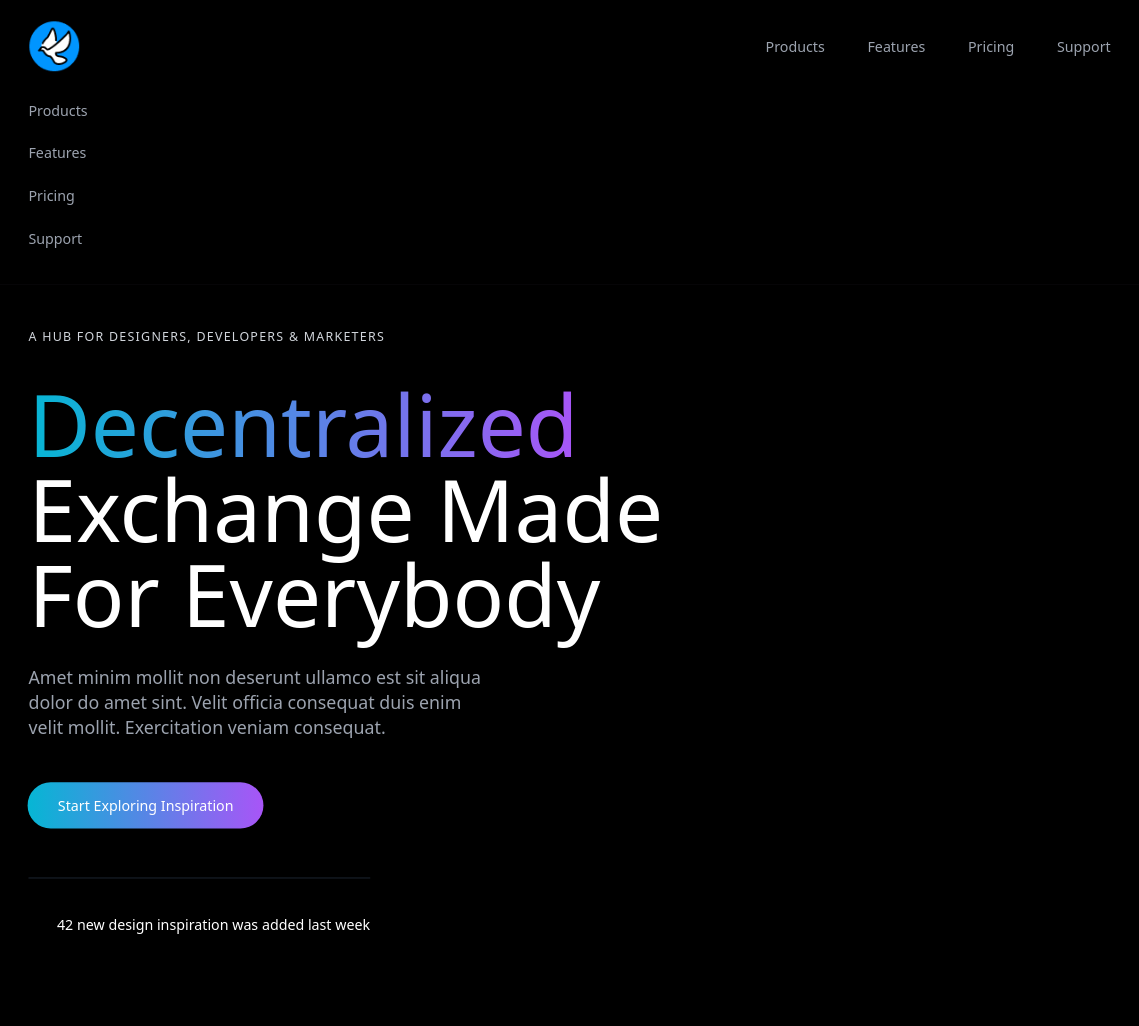
Repository: Ahmed-Gelle/defi-app
Page: / (app in client/)
These files come from the project's save history. The page is drawn as it stood at one moment and after the next save; the edit follows.
The browser window is 1280 px wide. The pictures show the whole page, at 89% of full size.
The project was rebuilt for these pictures with package versions that can differ from the ones it lists, and the page was loaded fresh each time. The framework's server and built-in components were replaced by stand-ins that run in the browser. Also part of the build but not shown: client/next.config.js.

Above is the page before, as saved 2022-11-29 13:34:22.

### client/pages/index.tsx
import type { NextPage } from 'next'
import Header from '../components/Header'
import Hero from '../components/Hero'

const styles ={
  wrapper: 'h-screen max-h-screen h-min-screen w-screen bg-[#2D242F] text-white select-none flex flex-col justify-between'
}
const Home: NextPage = () => {
  return (
    <div className={styles.wrapper}>
      {/* <Header/> */}
      <Hero/>
    </div>
  )
}

export default Home

### client/components/Hero/index.tsx
import React from 'react';
import {BsArrowRightCircle} from 'react-icons/bs'
import logo from '../../assets/logo.png'
import Image from 'next/image'

export default function Hero() {
    return (
<div>
    <header class="py-4 bg-black sm:py-6" x-data="{expanded: false}">
        <div class="px-4 mx-auto max-w-7xl sm:px-6 lg:px-8">
            <div class="flex items-center justify-between">
                <div class="shrink-0">
                    <a href="#" title="" class="flex">
                        <Image src={logo}/>
                    </a>
                </div>

                <div class="flex md:hidden">
                    <button type="button" class="text-white">
                        <span x-show="!expanded" aria-hidden="true">
                            <svg class="w-7 h-7" xmlns="http://www.w3.org/2000/svg" fill="none" viewBox="0 0 24 24" stroke="currentColor">
                                <path stroke-linecap="round" stroke-linejoin="round" stroke-width="1.5" d="M4 6h16M4 12h16M4 18h16" />
                            </svg>
                        </span>

                        <span x-show="expanded" aria-hidden="true">
                            <svg class="w-7 h-7" xmlns="http://www.w3.org/2000/svg" fill="none" viewBox="0 0 24 24" stroke="currentColor">
                                <path stroke-linecap="round" stroke-linejoin="round" stroke-width="2" d="M6 18L18 6M6 6l12 12" />
                            </svg>
                        </span>
                    </button>
                </div>

                <nav class="hidden md:flex md:items-center md:justify-end md:space-x-12">
                    <a href="#" title="" class="text-base font-normal text-gray-400 transition-all duration-200 hover:text-white"> Products </a>

                    <a href="#" title="" class="text-base font-normal text-gray-400 transition-all duration-200 hover:text-white"> Features </a>

                    <a href="#" title="" class="text-base font-normal text-gray-400 transition-all duration-200 hover:text-white"> Pricing </a>

                    <a href="#" title="" class="text-base font-normal text-gray-400 transition-all duration-200 hover:text-white"> Support </a>
                </nav>
            </div>

            <nav x-show="expanded" x-collapse>
                <div class="flex flex-col pt-8 pb-4 space-y-6">
                    <a href="#" title="" class="text-base font-normal text-gray-400 transition-all duration-200 hover:text-white"> Products </a>

                    <a href="#" title="" class="text-base font-normal text-gray-400 transition-all duration-200 hover:text-white"> Features </a>

                    <a href="#" title="" class="text-base font-normal text-gray-400 transition-all duration-200 hover:text-white"> Pricing </a>

                    <a href="#" title="" class="text-base font-normal text-gray-400 transition-all duration-200 hover:text-white"> Support </a>
                </div>
            </nav>
        </div>
    </header>

    <section class="py-12 bg-black sm:pb-16 lg:pb-20 xl:pb-24">
        <div class="px-4 mx-auto sm:px-6 lg:px-8 max-w-7xl">
            <div class="relative">
                <div class="lg:w-2/3">
                    <p class="text-sm font-normal tracking-widest text-gray-300 uppercase">A Hub for Designers, Developers & Marketers</p>
                    <h1 class="mt-6 text-4xl font-normal text-white sm:mt-10 sm:text-5xl lg:text-6xl xl:text-8xl"><span class="text-transparent bg-clip-text bg-gradient-to-r from-cyan-500 to-purple-500">Decentralized</span> Exchange Made For Everybody
</h1>
                    <p class="max-w-lg mt-4 text-xl font-normal text-gray-400 sm:mt-8">Amet minim mollit non deserunt ullamco est sit aliqua dolor do amet sint. Velit officia consequat duis enim velit mollit. Exercitation veniam consequat.</p>
                    <div class="relative inline-flex items-center justify-center mt-8 sm:mt-12 group">
                        <div class="absolute transition-all duration-200 rounded-full -inset-px bg-gradient-to-r from-cyan-500 to-purple-500 group-hover:shadow-lg group-hover:shadow-cyan-500/50"></div>
                        <a href="#" title="" class="relative inline-flex items-center justify-center px-8 py-3 text-base font-normal text-white bg-blue border border-transparent rounded-full" role="button"> Start Exploring Inspiration </a>
                    </div>

                    <div>
                        <div class="inline-flex items-center pt-6 mt-8 border-t border-gray-800 sm:pt-10 sm:mt-14">
                            <svg class="w-6 h-6" viewBox="0 0 24 24" fill="none" stroke-width="1.5" xmlns="http://www.w3.org/2000/svg">
                                <path d="M13 7.00003H21M21 7.00003V15M21 7.00003L13 15L9 11L3 17" stroke="url(#a)" stroke-linecap="round" stroke-linejoin="round" />

                            </svg>

                            <span class="ml-2 text-base font-normal text-white"> 42 new design inspiration was added last week </span>
                        </div>
                    </div>
                </div>

                <div class="mt-8 md:absolute md:mt-0 md:top-32 lg:top-0 md:right-0">
                    <img class="w-full max-w-xs mx-auto lg:max-w-lg xl:max-w-xl" src="" alt="" />
                </div>
            </div>
        </div>
    </section>
</div>
    )
}

Loaded but not shown: client/pages/_app.tsx (common file); client/styles/globals.css (common file); client/tailwind.config.js (common file)

After the next save:
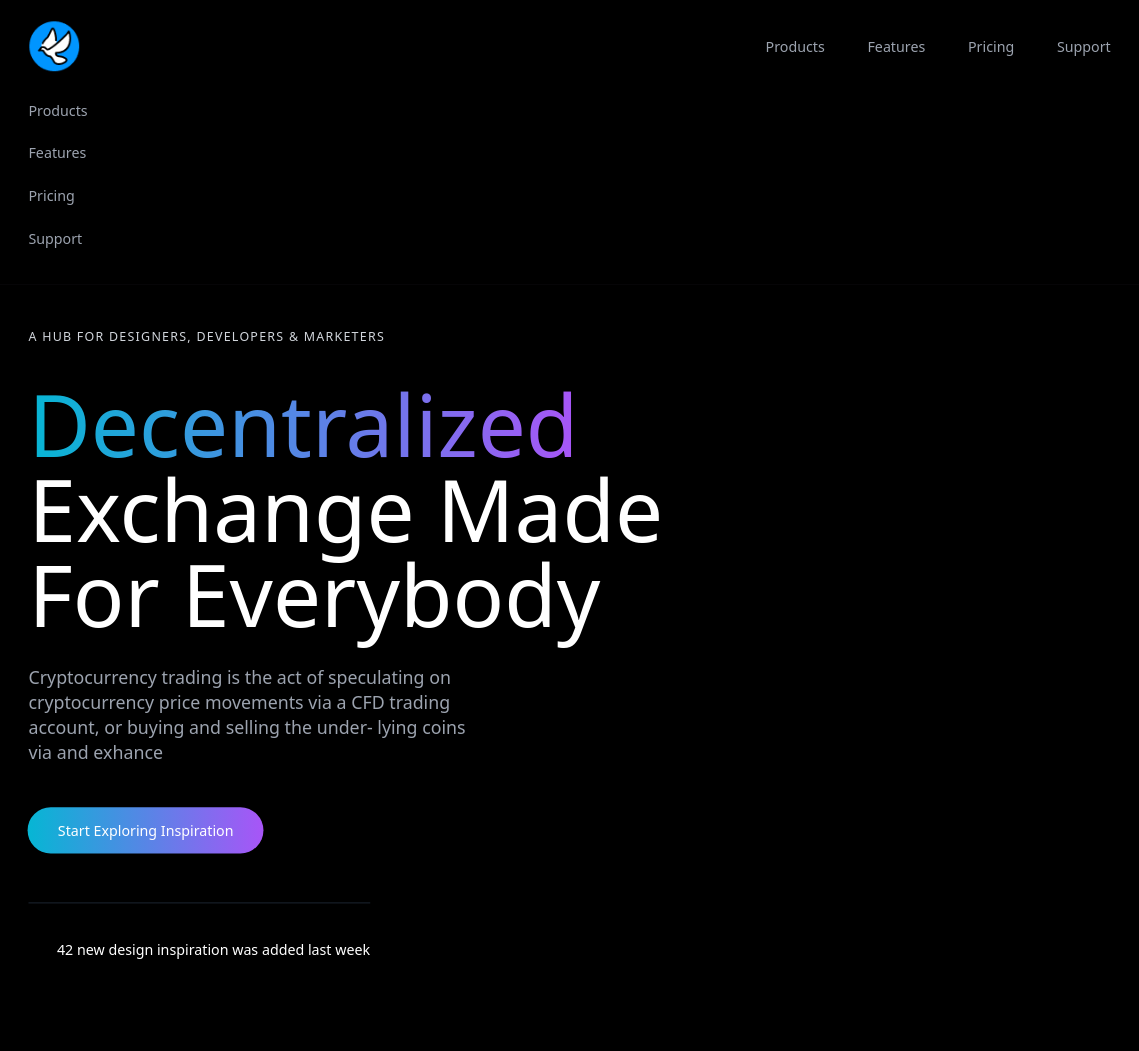
Saved 18 s later.
--- a/client/components/Hero/index.tsx
+++ b/client/components/Hero/index.tsx
@@ -63,7 +63,8 @@
                     <p class="text-sm font-normal tracking-widest text-gray-300 uppercase">A Hub for Designers, Developers & Marketers</p>
                     <h1 class="mt-6 text-4xl font-normal text-white sm:mt-10 sm:text-5xl lg:text-6xl xl:text-8xl"><span class="text-transparent bg-clip-text bg-gradient-to-r from-cyan-500 to-purple-500">Decentralized</span> Exchange Made For Everybody
 </h1>
-                    <p class="max-w-lg mt-4 text-xl font-normal text-gray-400 sm:mt-8">Amet minim mollit non deserunt ullamco est sit aliqua dolor do amet sint. Velit officia consequat duis enim velit mollit. Exercitation veniam consequat.</p>
+                    <p class="max-w-lg mt-4 text-xl font-normal text-gray-400 sm:mt-8">Cryptocurrency trading is the act of speculating on cryptocurrency price
+movements via a CFD trading account, or buying and selling the under- lying coins via and exhance</p>
                     <div class="relative inline-flex items-center justify-center mt-8 sm:mt-12 group">
                         <div class="absolute transition-all duration-200 rounded-full -inset-px bg-gradient-to-r from-cyan-500 to-purple-500 group-hover:shadow-lg group-hover:shadow-cyan-500/50"></div>
                         <a href="#" title="" class="relative inline-flex items-center justify-center px-8 py-3 text-base font-normal text-white bg-blue border border-transparent rounded-full" role="button"> Start Exploring Inspiration </a>
